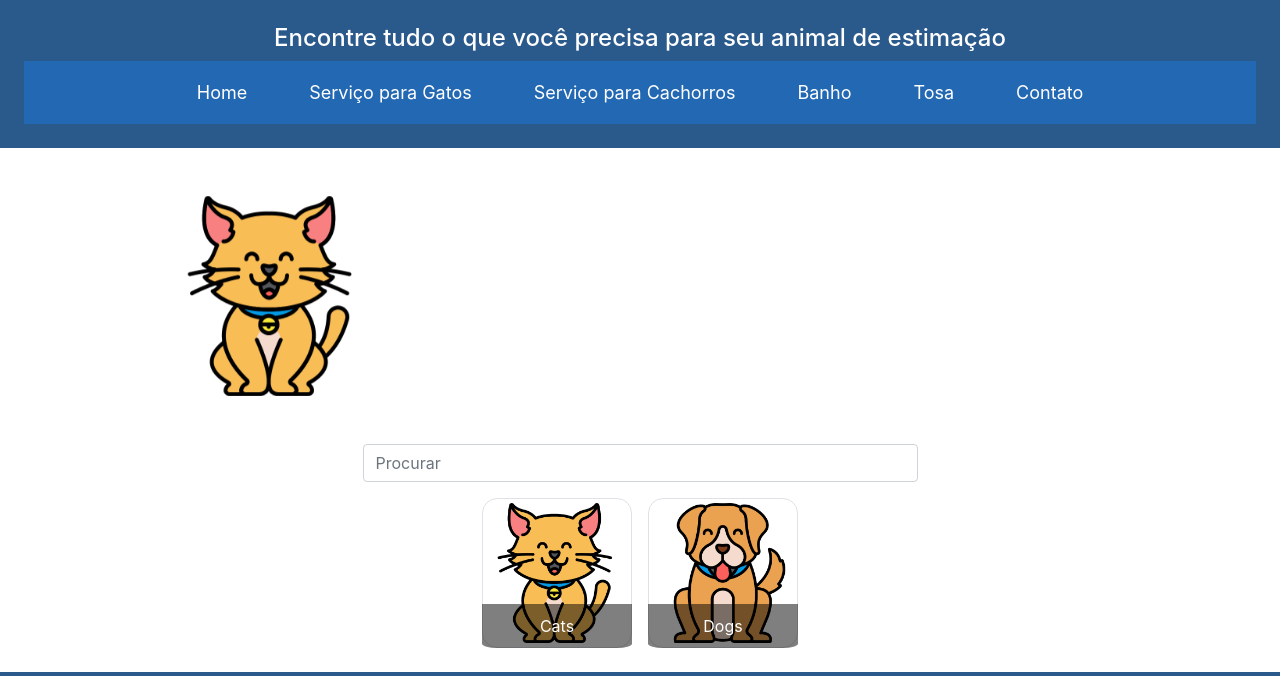
Repository: graeff01/petshop-project
Page: index.html
These files come from the project's save history. The page is drawn as it stood at one moment and after a run of saves; the edit follows.
The browser window is 1280 px wide. The pictures show the part of the page from y = 0 to 676 px (the page is 1856 px tall).
A picture or video elsewhere on the page could not be fetched, so the positions and the page height are approximate.

Above is the page before, as saved 2024-09-18 11:10:16.

### index.html
<!DOCTYPE html>
<html lang="pt-br">
<head>
    <meta charset="UTF-8">
    <meta name="viewport" content="width=device-width, initial-scale=1.0">
    <title>PetShop - Home</title>
    <link rel="stylesheet" href="css/style.css">
    <link href="https://maxcdn.bootstrapcdn.com/bootstrap/4.5.2/css/bootstrap.min.css" rel="stylesheet">
</head>
<body>
    <!-- Cabeçalho com menu de navegação -->
    <header class="blue-background text-center p-4">
        <h1>Encontre tudo o que você precisa para seu animal de estimação</h1>
        <nav>
            <ul class="nav justify-content-center">
                <li class="nav-item">
                    <a class="nav-link active" href="index.html">Home</a>
                </li>
                <li class="nav-item">
                    <a class="nav-link" href="gato.html">Serviço para Gatos</a>
                </li>
                <li class="nav-item">
                    <a class="nav-link" href="dog.html">Serviço para Cachorros</a>
                </li>
                <li class="nav-item">
                    <a class="nav-link" href="banho.html">Banho</a>
                </li>
                <li class="nav-item">
                    <a class="nav-link" href="tosa.html">Tosa</a>
                </li>
                <li class="nav-item">
                    <a class="nav-link" href="contato.html">Contato</a>
                </li>
            </ul>
        </nav>
    </header>

    <!-- Carrossel de Imagens -->
    <section class="carousel-section container mt-5">
        <div id="carouselExampleIndicators" class="carousel slide" data-ride="carousel">
            <ol class="carousel-indicators">
                <li data-target="#carouselExampleIndicators" data-slide-to="0" class="active"></li>
                <li data-target="#carouselExampleIndicators" data-slide-to="1"></li>
                <li data-target="#carouselExampleIndicators" data-slide-to="2"></li>
            </ol>
            <div class="carousel-inner">
                <div class="carousel-item active">
                    <img class="d-block w-100" src="img/cat.png" alt="Primeira imagem">
                </div>
                <div class="carousel-item">
                    <img class="d-block w-100" src="img/dog.png" alt="Segunda imagem">
                </div>
                <div class="carousel-item">
                    <img class="d-block w-100" src="img/dog.png" alt="Terceira imagem">
                </div>
            </div>
            <a class="carousel-control-prev" href="#carouselExampleIndicators" role="button" data-slide="prev">
                <span class="carousel-control-prev-icon" aria-hidden="true"></span>
                <span class="sr-only">Previous</span>
            </a>
            <a class="carousel-control-next" href="#carouselExampleIndicators" role="button" data-slide="next">
                <span class="carousel-control-next-icon" aria-hidden="true"></span>
                <span class="sr-only">Next</span>
            </a>
        </div>
    </section>

    <!-- Seção principal -->
    <main class="container mt-5">
        <input type="text" placeholder="Procurar" class="form-control w-50 mx-auto my-3 search-bar">
        <div class="d-flex justify-content-center mb-4">
            <div class="animal-category mx-2">
                <a href="gato.html">
                    <div class="image-container">
                        <img src="img/cat.png" alt="Cats" class="img-thumbnail">
                        <div class="overlay">Cats</div>
                    </div>
                </a>
            </div>
            <div class="animal-category mx-2">
                <a href="dog.html">
                    <div class="image-container">
                        <img src="img/dog.png" alt="Dogs" class="img-thumbnail">
                        <div class="overlay">Dogs</div>
                    </div>
                </a>
            </div>
        </div>
    </main>

    <!-- Seção de Fidelidade -->
    <section class="membership text-center p-4">
        <div class="membership-content d-flex align-items-center justify-content-center">
            <div class="membership-text text-center">
                <h3>Torne-se um membro<br>E obtenha desconto</h3>
                <a href="cliente.html" class="btn btn-dark">Virar Membro</a>
            </div>
            <div class="membership-image">
                <img src="img/fidelidade.jpg" alt="Gift" class="img-fluid">
            </div>
        </div>
    </section>

    <!-- Conselhos -->
    <main class="container mt-5">
        <div class="advice-section d-flex justify-content-center align-items-center">
            <div class="advice-text text-center">
                <h2>Alguns bons conselhos para cuidar de seu animal de estimação</h2><br><br>
                <p><strong>Paciência e compreensão:</strong> entenda que os animais de estimação têm suas personalidades. Seja paciente, especialmente durante o treinamento.</p> <br>
                <p><strong>Eduque-se:</strong> Aprenda sobre a raça, os comportamentos e os requisitos de saúde específicos de seu animal de estimação.</p><br>
                <p><strong>Preparação para emergências:</strong> Familiarize-se com a localização da clínica veterinária de emergência mais próxima.</p><br>
                <p><strong>Reforço positivo:</strong> Aprenda técnicas de reforço positivo.</p>
            </div>
            <div class="advice-image text-center">
                <img src="img/dogg.png" alt="Dog Advice" class="img-fluid">
            </div>
        </div>
    </main>

    <!-- Rodapé com informações de contato -->
    <footer class="footer mt-5 p-4 bg-light text-center">
        <div class="footer-container">
            <div class="footer-left">
                <img src="img/logo.png" alt="PetShop Logo" class="footer-logo">
            </div>
            <div class="footer-center">
                <ul class="footer-links">
                    <li><a href="index.html">Home</a></li>
                    <li><a href="gato.html">Gato</a></li>
                    <li><a href="dog.html">Cachorro</a></li>
                    <li><a href="banho.html">Banho</a></li>
                    <li><a href="tosa.html">Tosa</a></li>
                    <li><a href="contato.html">Contato</a></li>
                </ul>
            </div>
            <div class="footer-right">
                <p>Contato: (11) 1234-5678 | contato@petshop.com</p>
                <p>Autor: Douglas - Projeto Web</p>
                <div class="social-icons">
                    <a href="#"><img src="img/face.png" alt="Facebook"></a>
                    <a href="#"><img src="img/insta.png" alt="Instagram"></a>
                    <a href="#"><img src="img/x.png" alt="Twitter"></a>
                </div>
            </div>
        </div>
    </footer>

    <script src="https://code.jquery.com/jquery-3.5.1.slim.min.js"></script>
    <script src="https://cdn.jsdelivr.net/npm/@popperjs/core@2.9.2/dist/umd/popper.min.js"></script>
    <script src="https://maxcdn.bootstrapcdn.com/bootstrap/4.5.2/js/bootstrap.min.js"></script>
</body>
</html>

### css/style.css
/* Estilos globais */
body {
    font-family: Arial, sans-serif;
    margin: 0;
    padding: 0;
}

/* Cabeçalho */
header.blue-background {
    background-color: #2a598b;
    color: white;
    padding: 20px 0;
    text-align: center;
    width: 100%;
    box-sizing: border-box;
}

header.blue-background h1 {
    font-size: 24px;
}

nav ul {
    padding: 0;
    margin: 0;
    list-style-type: none;
    display: flex;
    justify-content: center;
    background-color: #2368b3;
    padding: 10px 0;
}

nav ul li {
    margin: 0 15px;
}

nav ul li a {
    color: white;
    text-decoration: none;
    font-size: 18px;
    transition: color 0.3s ease;
}

nav ul li a:hover {
    color: #ffd700;
}

/* Barra de busca */
.search-bar {
    padding: 10px;
    font-size: 16px;
    width: 50%;
    margin: 20px auto;
    border-radius: 20px;
    border: 2px solid #fff;
    transition: all 0.3s ease;
}

.search-bar:focus {
    border-color: #000;
    outline: none;
}

/* Carrossel */
.carousel-item img {
    max-height: 300px;
    max-width: 200px;
margin-left: 150px;
    object-fit: cover;
}

/* Categorias de animais */
.animal-category .image-container {
    position: relative;
    width: 150px;
    height: 150px;
}

.animal-category .image-container img {
    width: 100%;
    height: 100%;
    border-radius: 10%;
}

.animal-category .image-container .overlay {
    position: absolute;
    bottom: 0;
    background: rgba(0, 0, 0, 0.5);
    color: #fff;
    width: 100%;
    text-align: center;
    padding: 10px 0;
    font-size: 16px;
    border-radius: 0 0 10% 10%;
}

/* Seção de Membros */
section.membership {
    background-color: #2a598b;
    padding: 60px 0;
    text-align: center;
    width: 100%;
    box-sizing: border-box;
}

.membership-content {
    background-color: #fff;
    border: 1px solid #000000ee;
    border-radius: 20px;
    padding: 20px;
    display: flex;
    align-items: center;
    text-align: left;
    max-width: 900px;
    margin: auto;
}

.membership-text {
    margin-right: 20px;
    text-align: center;
}

.membership-text h3 {
    font-size: 35px;
    margin-bottom: 10px;
}

.membership-image {
    flex: 1;
    text-align: center;
}

.membership-image img {
    max-width: 500px;
    height: auto;
    border-radius: 20px;
}

/* Seção de conselhos */
.advice-section {
    display: flex;
    justify-content: space-between;
    align-items: center;
    padding: 20px 0;
}

.advice-text {
    flex: 1;
    margin-left: 80px;
}

.advice-text h2 {
    color: #2a598b;
}

.advice-text p {
    font-size: 15px;
    margin-right: 10px;
    margin-bottom: 10px;
}

.advice-image {
    flex: 1;
    margin-left: 20px;
}

.advice-image img {
    max-width: 100%;
    height: 500px;
    border-radius: 20px;
}

/* Rodapé */
.footer {
    background-color: #d5d7d8;
    padding: 20px 0;
    color: white;
    text-align: center;
    width: 100%;
}

.footer-container {
    display: flex;
    justify-content: space-between;
    align-items: center;
    max-width: 1200px;
    margin: 0 auto;
    padding: 0 20px;
    box-sizing: border-box;
}

.footer-left img {
    width: 100px;
}

.footer-center {
    flex: 1;
}

.footer-links {
    list-style-type: none;
    padding: 0;
    margin: 0;
    display: flex;
    justify-content: center;
}

.footer-links li {
    margin: 0 10px;
}

.footer-links a {
    color: rgb(35, 111, 197);
    text-decoration: none;
    font-size: 16px;
}

.footer-links a:hover {
    text-decoration: underline;
}

.footer-right .social-icons {
    display: flex;
    justify-content: center;
}

.footer-right .social-icons a {
    margin: 0 10px;
}

.footer-right .social-icons img {
    width: 30px;
    height: 30px;
}

After the next 2 saves:
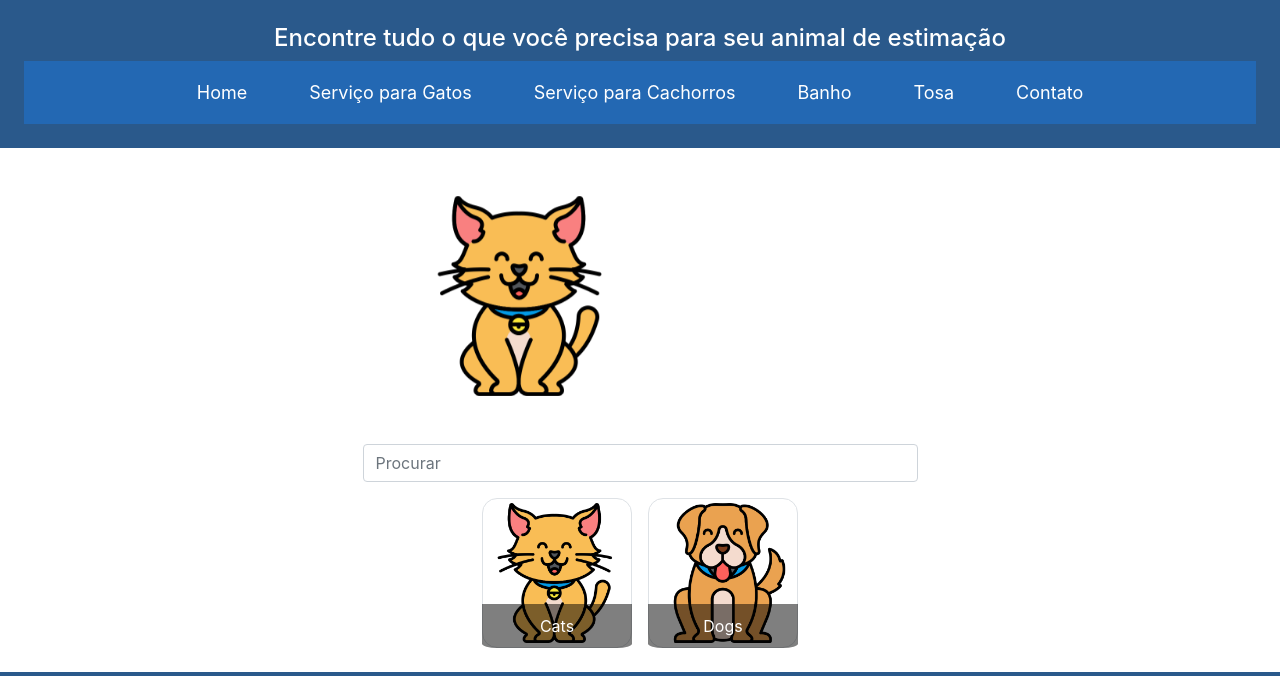
The 2 saves are shown as one change because they came seconds apart.
The last was saved 20 s later.
--- a/css/style.css
+++ b/css/style.css
@@ -64,7 +64,7 @@ nav ul li a:hover {
 .carousel-item img {
     max-height: 300px;
     max-width: 200px;
-margin-left: 150px;
+    margin-left: 400px;
     object-fit: cover;
 }
 
